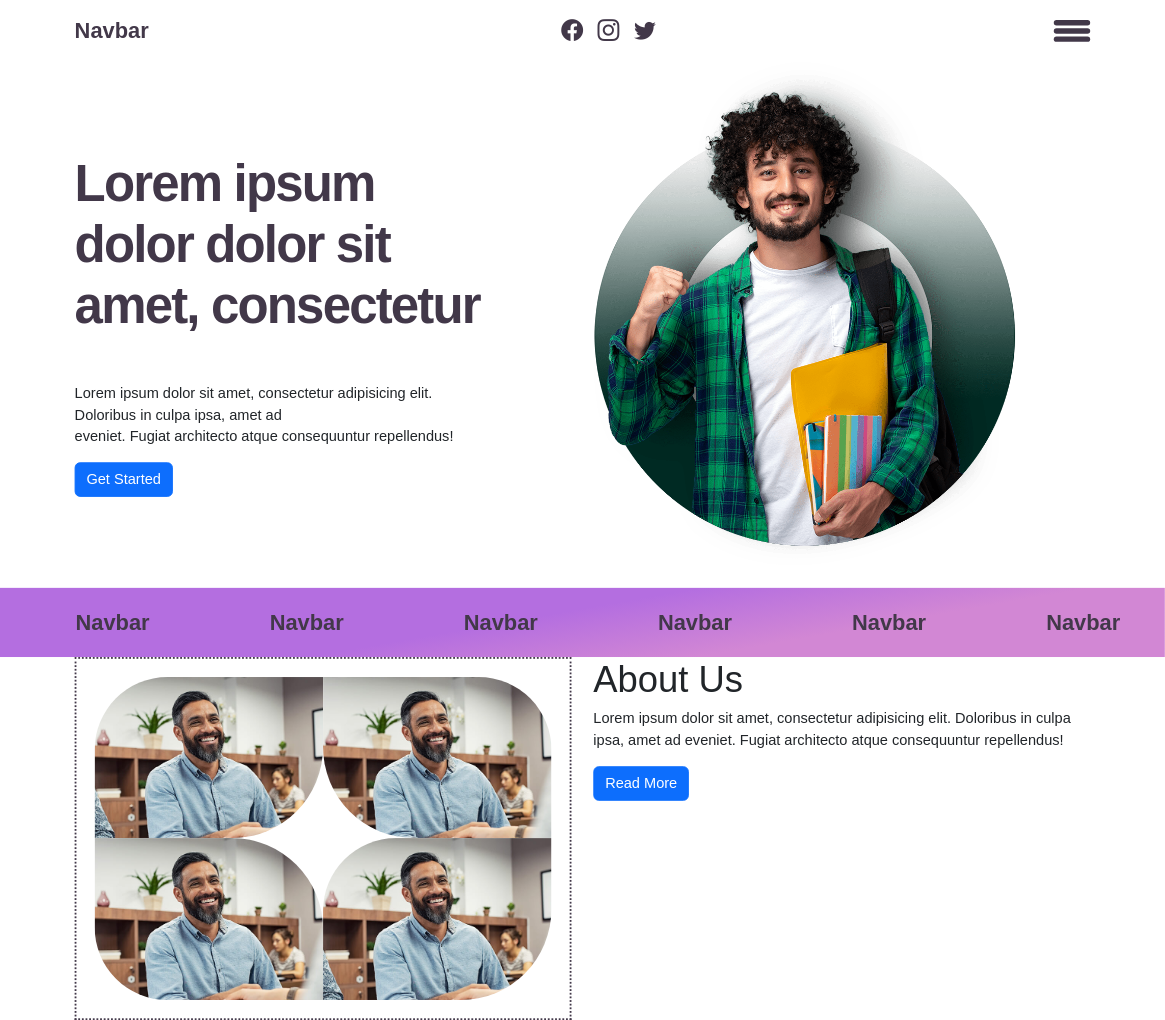
Repository: tagnam/project27012025
Page: index.html
An editor plug-in stored every save of this project. The page is shown before and after the next save, followed by the edit.
The browser window is 1280 px wide. The pictures show the whole page, at 91% of full size.

Above is the page before, as saved 2025-01-27 16:35:29.

### index.html
<!DOCTYPE html>
<html lang="en">
<head>
    <meta charset="UTF-8">
    <meta name="viewport" content="width=device-width, initial-scale=1.0">
    <link href="https://cdn.jsdelivr.net/npm/bootstrap@5.3.3/dist/css/bootstrap.min.css" rel="stylesheet" integrity="sha384-QWTKZyjpPEjISv5WaRU9OFeRpok6YctnYmDr5pNlyT2bRjXh0JMhjY6hW+ALEwIH" crossorigin="anonymous">
    <link rel="stylesheet" href="style/css/index.css">
    <link rel="stylesheet" href="style/css/animation.css">
    <link rel="stylesheet" href="style/css/responsive.css">
    <title>project27012025</title>
</head>
<body>
<header>
    <!-- --------------------------------------------start nav bar ------------------------------->
    <nav class="navbar navbar-expand-lg custom-nav">
        <div class="container">
          <div class="collapse navbar-collapse justify-content-between" id="navbarSupportedContent">
            <a class="navbar-brand" href="#">Navbar</a>
            <ul class="navbar-nav  ">

              <li class="nav-item">
                <a class="nav-link" href="#"><i class="bi bi-facebook"></i></a>
              </li>
              <li class="nav-item">
                <a class="nav-link" href="#"><i class="bi bi-instagram"></i></a>
              </li>
              <li class="nav-item">
                <a class="nav-link" href="#"><i class="bi bi-twitter"></i></a>
              </li>
            </ul>
            <div class="d-flex">
               <div class="menu-container" type="button" data-bs-toggle="offcanvas" data-bs-target="#offcanvasExample" aria-controls="offcanvasExample">
                <span class="span-menu-01 menu-icon"></span>
                <span class="span-menu-02 menu-icon"></span>
                <span class="span-menu-03 menu-icon"></span>
            </div>
            </div>
          </div>
        </div>
      </nav>

      <!-- ------------------------------start offcanvas ---------------------------------------->
      <div class="offcanvas offcanvas-start " tabindex="-1" id="offcanvasExample" aria-labelledby="offcanvasExampleLabel">
        <div class="offcanvas-header">
          <h5 class="offcanvas-title" id="offcanvasExampleLabel">Offcanvas</h5>
          <button type="button" class="btn-close text-reset" data-bs-dismiss="offcanvas" aria-label="Close"></button>
        </div>
        <div class="offcanvas-body">
          <div>
            Some text as placeholder. In real life you can have the elements you have chosen. Like, text, images, lists, etc.
          </div>
          <div class="dropdown mt-3">
            <button class="btn btn-secondary dropdown-toggle" type="button" id="dropdownMenuButton" data-bs-toggle="dropdown">
              Dropdown button
            </button>
            <ul class="dropdown-menu" aria-labelledby="dropdownMenuButton">
              <li><a class="dropdown-item" href="#">Action</a></li>
              <li><a class="dropdown-item" href="#">Another action</a></li>
              <li><a class="dropdown-item" href="#">Something else here</a></li>
            </ul>
          </div>
        </div>
      </div>
       <!-- -----------------------------end offcanvas ------------------------------------------->
      <!------------------------------------------------ end navbar ----------------------------->


</header>
<section class="hero-section">
    <div  class="container" style="height: 100%;">
        <div class="row" >
            <div class="col-lg-6 col-md-6 col-sm-12">
                <div class="banner-content ">
                    <h1>Lorem ipsum dolor  dolor sit amet, consectetur </h1>
                    <p>Lorem ipsum dolor sit amet, consectetur adipisicing elit. Doloribus in culpa ipsa, amet ad<br> eveniet. Fugiat architecto atque consequuntur repellendus!</p>
                    <button class="btn btn-primary">Get Started</button>
                </div>
            </div>
            <div class="col-lg-6 col-md-6 col-sm-12">
                <div class="banner-img d-flex justify-content-end">
                    <img src="image/hero-banner-01.webp" class="w-100" alt="">

            </div>

        </div>
    </div>
    <!-- <div class="row">
        <div class="col-lg-6 col-md-6 col-sm-12 d-flex justify-content-start">
            <div class="banner-btn">
                <a class="btn custom-btn btn-outline-success"> Get Started </a>
            </div>
        </div>
        <div class="col-lg-6 col-md-6 col-sm-12 d-flex justify-content-end">
             <div class="banner-footer-text">
                <p>Lorem ipsum dolor sit amet <br>consectetur adipisicing elit. Numquam, vel.</p>
             </div>

    </div>
 </div> -->
  </section>


<section class="client-section">
    <div class="container-fluid">
       <div class="row  row-cols-3 row-cols-md-6 g-4">
        <div class="col client-logo">
            <a class="navbar-brand w-25" href="#">Navbar</a>
        </div>
        <div class="col client-logo">
            <a class="navbar-brand w-25" href="#">Navbar</a>
        </div>
        <div class="col client-logo">
            <a class="navbar-brand w-25" href="#">Navbar</a>
        </div>
        <div class="col client-logo">
            <a class="navbar-brand w-25" href="#">Navbar</a>
        </div>
        <div class="col client-logo">
            <a class="navbar-brand w-25" href="#">Navbar</a>
        </div>
        <div class="col client-logo">
            <a class="navbar-brand w-25" href="#">Navbar</a>
        </div>

    </div>
    </div>
</section>

<section>
    <div class="container">
        <div class="row">
            <div class="col-lg-6 col-md-6 col-sm-12">
                <div class="about-row row  row-cols-1 row-cols-md-2 g-0">
                    <div class="col">
                        <div class="img">
                            <img src="image/elearning-08.jpg" class="about-row-img-01 w-100" alt="">
                        </div>
                    </div>
                    <div class="col">
                        <div class="img">
                            <img src="image/elearning-08.jpg" class="about-row-img-02 w-100" alt="">
                        </div>
                    </div>
                    <div class="col">
                        <div class="img">
                            <img src="image/elearning-08.jpg" class="about-row-img-03 w-100" alt="">
                        </div>
                    </div>
                    <div class="col">
                        <div class="img">
                            <img src="image/elearning-08.jpg" class="about-row-img-04 w-100" alt="">
                        </div>
                    </div>
                </div>
            </div>
            <div class="col-lg-6 col-md-6 col-sm-12">
                <div class="about-content">
                    <h1>About Us</h1>
                    <p>Lorem ipsum dolor sit amet, consectetur adipisicing elit. Doloribus in culpa ipsa, amet ad eveniet. Fugiat architecto atque consequuntur repellendus!</p>
                    <button class="btn btn-primary">Read More</button>
                </div>
            </div>

        </div>
    </div>
</section>
<script src="https://cdn.jsdelivr.net/npm/bootstrap@5.3.3/dist/js/bootstrap.bundle.min.js" integrity="sha384-YvpcrYf0tY3lHB60NNkmXc5s9fDVZLESaAA55NDzOxhy9GkcIdslK1eN7N6jIeHz" crossorigin="anonymous"></script>
<script src="style/js/custom.js"></script>
</body>
</html>

### style/css/index.css
@import url("https://cdn.jsdelivr.net/npm/bootstrap-icons@1.11.3/font/bootstrap-icons.min.css");

*{
 margin: 0;
padding: 0;
box-sizing: border-box;
}

:root{
    --dark-color:#423849;
    --semi-dark-color:#b46ee0;
    --light-color:#d287d4;
    --white-color:#fff;
    --main-heading-font-size: 3.5rem;
    --subheading-font-size: 2rem;
    --paragraph-font-size: 1rem;


}


body{
    font-family: 'Poppins', sans-serif;


}

/* header{
    position: fixed;
    top: 0;
    z-index: 1000;
width: 100%;
} */

.navbar-brand{
    font-size: 1.5rem;
    font-weight: 800;
    color: var(--dark-color);
}

.menu-icon{
    display: block;
    width: 40px;
    height: 6px;
    background-color: var(--dark-color);
    margin: 3px auto;
    border-radius: 20px;
    cursor: pointer;
}


.nav-link .bi{
    font-size: 1.5rem;
    color: var(--dark-color);
}

.banner-content{
    margin: 100px auto;
    padding-right: 100px;
}

.banner-content h1{
    color: var(--dark-color);
    font-weight: 800;
    /* font-size: 55px; */
    font-size: var(--main-heading-font-size);
    letter-spacing: -2px;
    margin: 50px 0px;
}
/* .hero-section{
   background-image: url(/image/business-banner.jpg);
    background-size: cover;
    background-position: center;
    height: 100vh;
} */

.banner-footer-text p{
    color: var(--dark-color);

}


.client-section{
    background: linear-gradient(-190deg, rgba(180,110,224,1) 45%, rgba(210,135,212,1) 70%);
    padding: 20px 0px;
    overflow: hidden;
}

.client-logo{
    display: flex;
    justify-content: center;
    align-items: center;
    flex-wrap: wrap;
    color: var(--white-color);
}
.about-row {
    border: 2px dotted var(--dark-color);
    padding: 20px;
    border-radius: ;
}

.about-row-img-01{
    border-top-left-radius: 80px;
    border-bottom-right-radius: 100px;
}


.about-row-img-02{
    border-top-right-radius: 80px;
    border-bottom-left-radius: 100px;
}

.about-row-img-03{
    border-bottom-left-radius: 80px;
    border-top-right-radius: 100px;
}

.about-row-img-04{
    border-top-left-radius: 80px;
    border-bottom-right-radius: 100px;
}

Loaded but not shown: style/js/custom.js (no copy from this time; the picture is the same without it); style/css/animation.css (no stored copy; drawn as an empty file); style/css/responsive.css (no stored copy; drawn as an empty file)

After the next save:
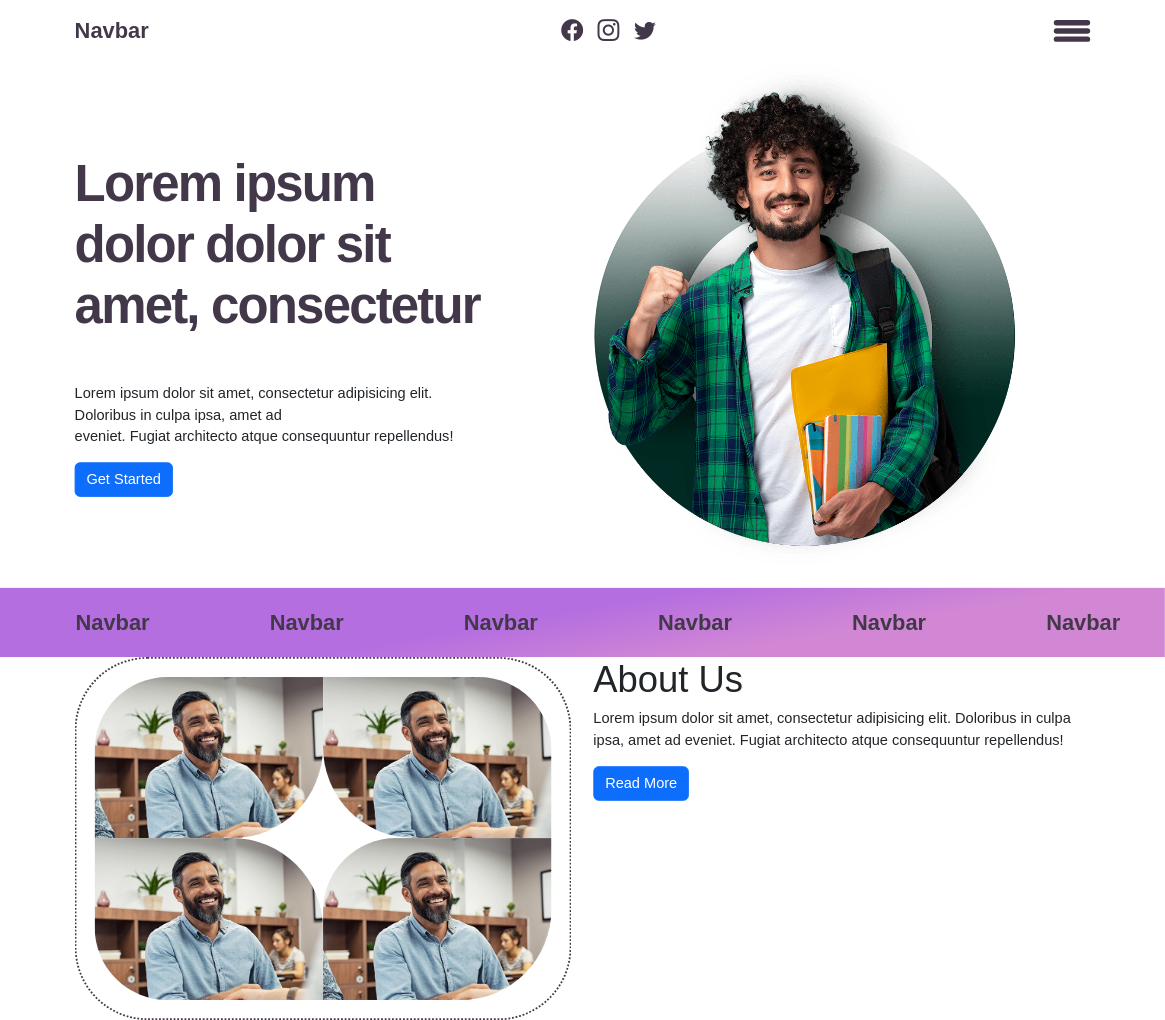
Saved 4 s later.
--- a/style/css/index.css
+++ b/style/css/index.css
@@ -96,7 +96,7 @@ width: 100%;
 .about-row {
     border: 2px dotted var(--dark-color);
     padding: 20px;
-    border-radius: ;
+    border-radius: 80px;
 }
 
 .about-row-img-01{
